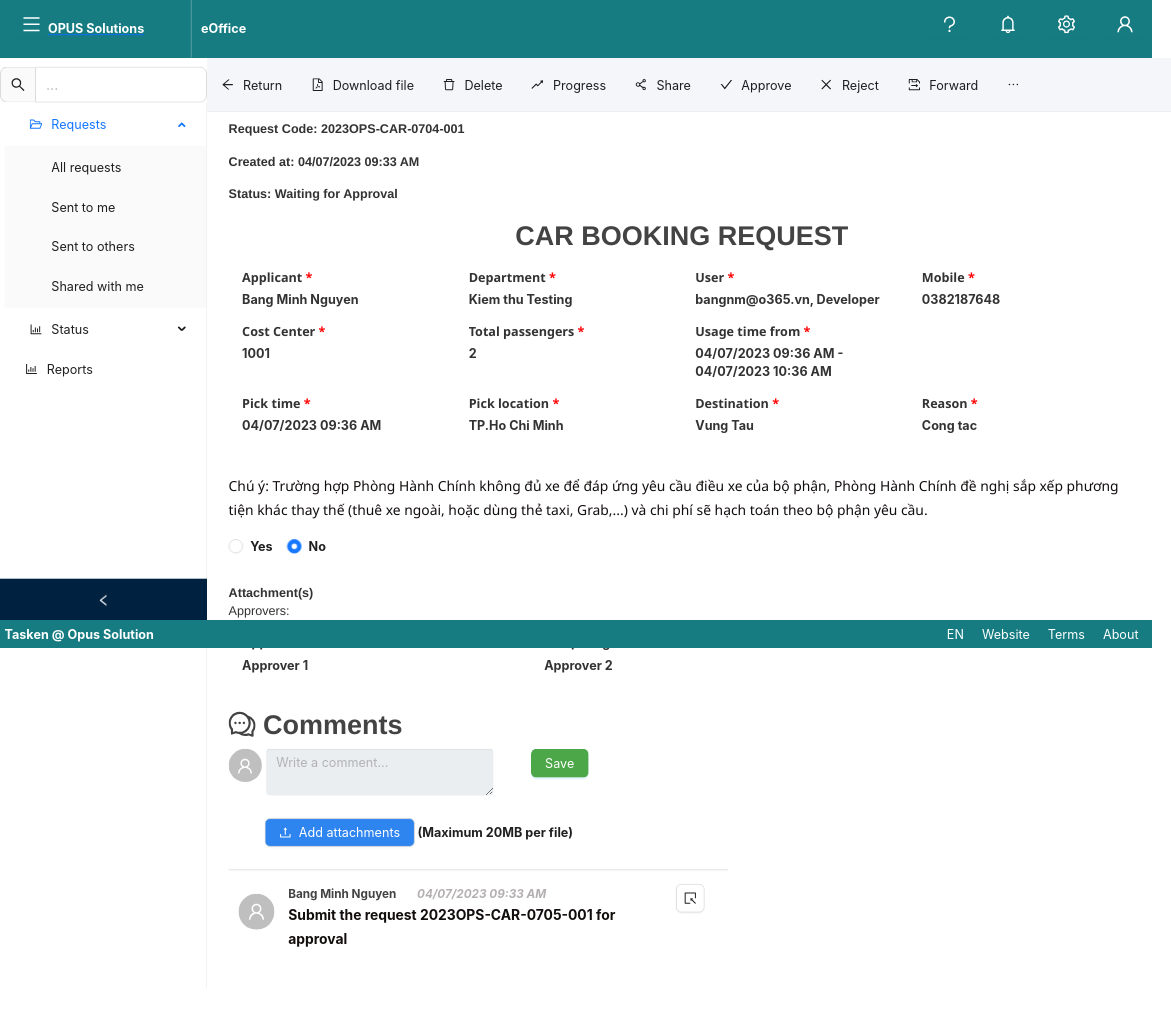
Repository: vannam272008/car-booking
Page: /request/detail
The author's editor kept a copy of each file at every save. The page is drawn from the files as they stood at one save, then again after the next save.
The browser window is 1280 px wide. The page is 1301 px wide, then 1280 px, then 1301 px, so the pictures cover 1301 px, including what lies to the right of the window. The pictures show the whole page, at 90% of full size.
The project was rebuilt for these pictures with package versions that can differ from the ones it lists, and the page was loaded fresh each time. Also part of the build but not shown: src/Pages/ManageRequest/index.css, src/Pages/ManageRequest/ManageRequest.tsx, src/Components/AddRequest/MenuAdd/index.tsx, src/Components/AddRequest/AddRequest/addRequest.css, src/Components/AddRequest/AddRequest/index.tsx. Imported but missing from the stored project, and not drawn on this page: src/Pages/Home.

Above is the page before, as saved 2023-07-09 21:10:41.

After the next save:
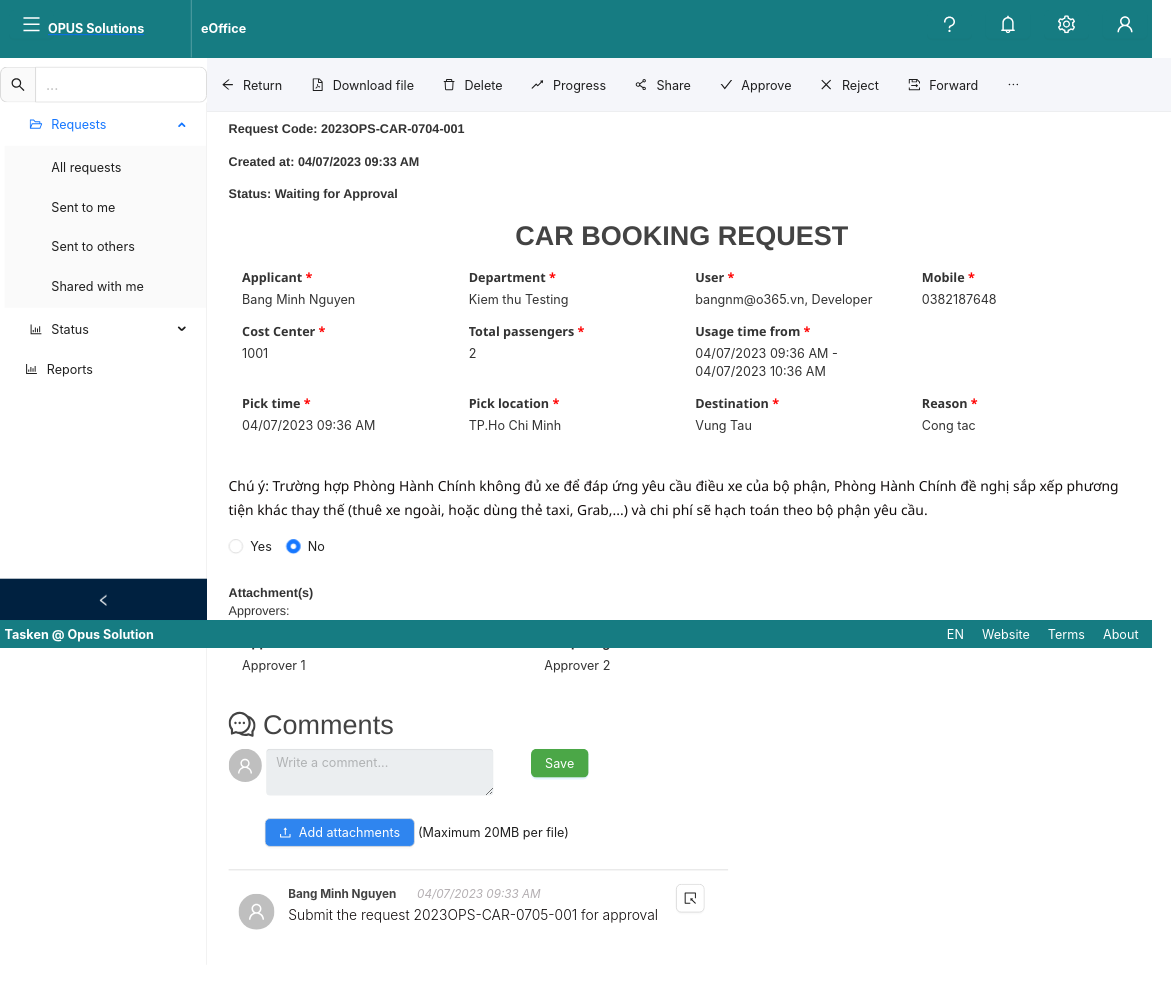
Saved 16 s later.
--- a/src/Components/DetailRequest/DetailRequest/detailRequest.css
+++ b/src/Components/DetailRequest/DetailRequest/detailRequest.css
@@ -19,7 +19,7 @@
     margin-right: -20px;
     padding-right: 15px;
   }
-  .info-detail-request div:first-of-type{
+  .info-detail-request div:first-of-type p{
     width: 100%;
     font-weight: 700;
   }

After the save that followed:
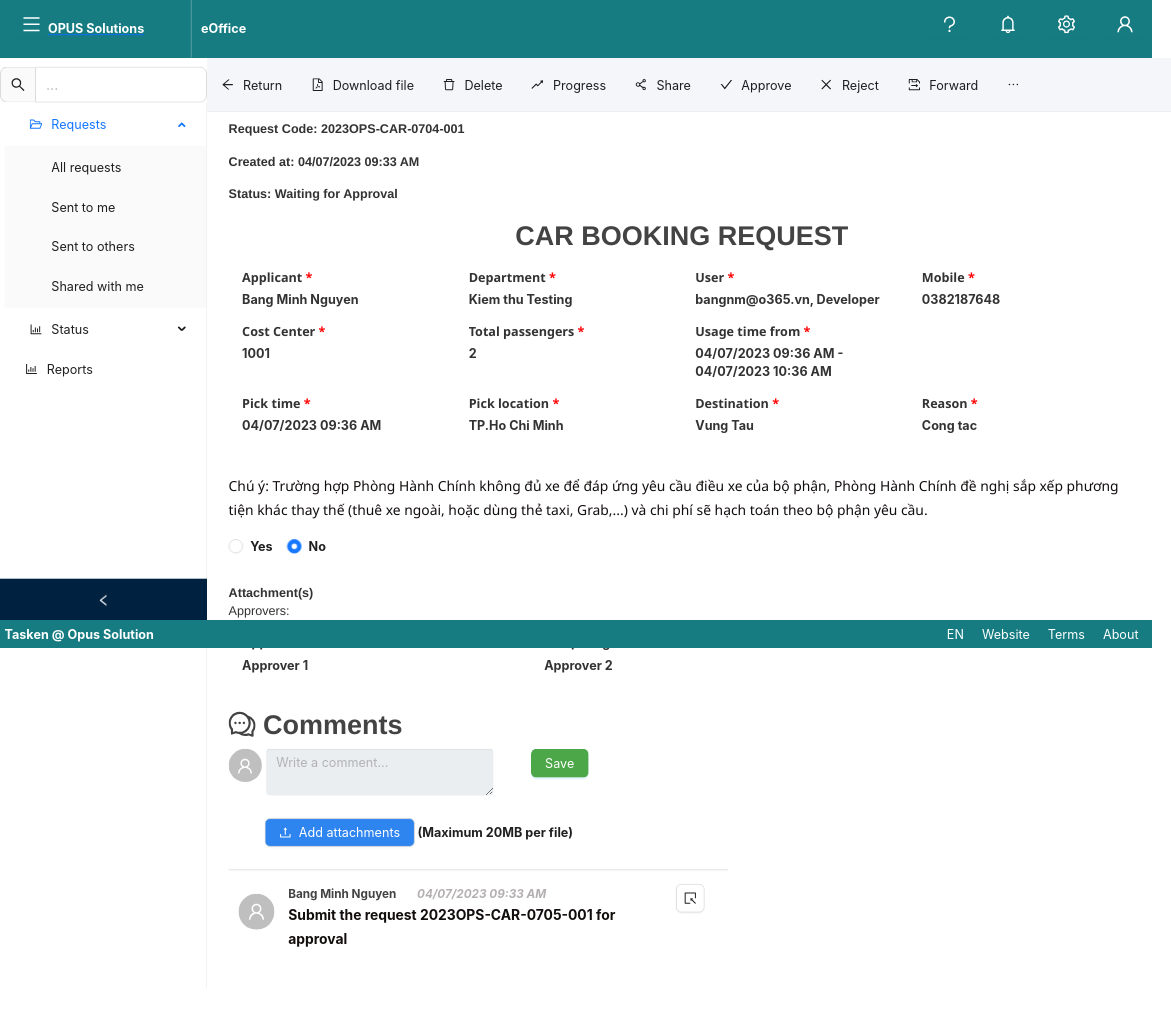
Saved 7 s later.
--- a/src/Components/DetailRequest/DetailRequest/detailRequest.css
+++ b/src/Components/DetailRequest/DetailRequest/detailRequest.css
@@ -19,7 +19,7 @@
     margin-right: -20px;
     padding-right: 15px;
   }
-  .info-detail-request div:first-of-type p{
+  .info-detail-request div:first-of-type{
     width: 100%;
     font-weight: 700;
   }
